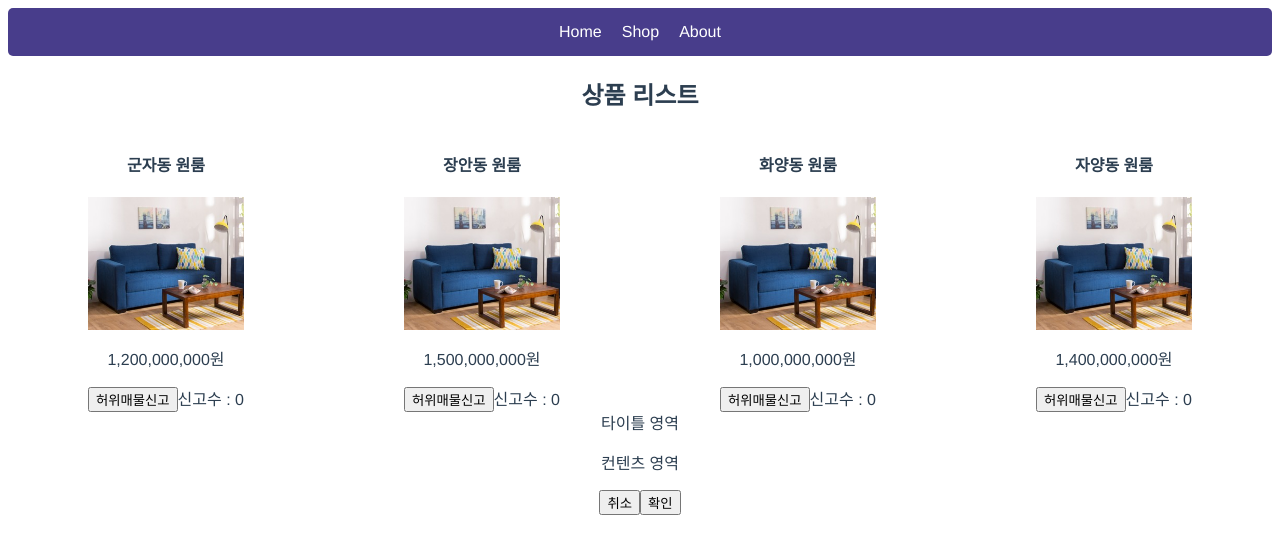
Repository: jy0813/Function
Page: / (app in function/)
The author's editor kept a copy of each file at every save. The page is drawn from the files as they stood at one save, then again after the next save.
The browser window is 1280 px wide. The pictures show the whole page.
The project was rebuilt for these pictures with package versions that can differ from the ones it lists, and the page was loaded fresh each time.

Above is the page before, as saved 2022-02-25 08:57:51.

### function/src/App.vue
<template>
  <div id="container">
    <div class="menu">
      <a v-for="(item, i) in menu" :key="'item' + i">{{item}}</a>
    </div>
    <main id="contents" class="home_page">
      <section class="home_product_sec">
        <div class="room_wrap">
        <h2 class="list_ttl">상품 리스트</h2>
        <div class="room_list">
          <div class="room" v-for="(item, index) in rooms" :key="index">
            <h4>{{item.address}}</h4>
            <a :href="item.link" class="thumb_area">
              <figure class="thumb" :style="`background-image: url('${item.img}')`"></figure>
            </a>
            <p>{{numSet(item.price)}}원</p>
            <button @click="reportBtn(index)">허위매물신고</button>
            <span>신고수 : {{item.report}}</span>
          </div>
        </div>
      </div>
      </section>
    </main>
  </div>
  <div class="modal_wrap">
    <div class="modal">
        <div class="modal_head">
            <p class="ttl">타이틀 영역</p>
        </div>
        <div class="modal_body">
            <p class="txt">컨텐츠 영역</p>
        </div>
        <div class="modal_foot">
            <div class="btn_area">
                <button type="button" class="btn basic h_m">취소</button>
                <button type="button" class="btn strong h_m">확인</button>
            </div>
        </div>
    </div>
</div>
</template>

<script>
  export default {
    name: 'App',
    data() {
      return {
        menu: ['Home', 'Shop', 'About'],
        rooms: [{
            img: require('@/assets/images/room0.jpg'),
            link: '/',
            address: '군자동 원룸',
            price: '1200000000',
            report: 0,
          },
          {
            img: require('@/assets/images/room0.jpg'),
            link: '/',
            address: '장안동 원룸',
            price: '1500000000',
            report: 0,
          },
          {
            img: require('@/assets/images/room0.jpg'),
            link: '/',
            address: '화양동 원룸',
            price: '1000000000',
            report: 0,
          },
          {
            img: require('@/assets/images/room0.jpg'),
            link: '/',
            address: '자양동 원룸',
            price: '1400000000',
            report: 0,
          }
        ],
      }
    },
    methods: {
      numSet(val) {
        if (!val) return (val = '');
        return val.toString().replace(/\B(?=(\d{3})+(?!\d))/g, ',');
      },
      reportBtn(index) {
        this.rooms[index].report += 1;
      },
    }
  }
</script>

<style>
  #app {
    font-family: Avenir, Helvetica, Arial, sans-serif;
    -webkit-font-smoothing: antialiased;
    -moz-osx-font-smoothing: grayscale;
    text-align: center;
    color: #2c3e50;
  }

  #container {
    background: #fff;
    clear: both;
  }

  #contents {
    padding-bottom: 100px;
    min-height: calc(100vh - 502px);
  }

  .menu {
    background: darkslateblue;
    padding: 15px;
    border-radius: 5px;
  }

  .menu a {
    color: white;
    padding: 10px;
  }

  .room_list {
    display: flex;
    justify-content: space-around;
  }

  /* Default */
  .thumb_area {
    display: block;
    position: relative;
    width: 100%;
    height: 100%;
  }

  .thumb_area img {
    max-width: 100%;
    height: auto;
  }

  .thumb {
    position: absolute;
    display: block;
    width: 100%;
    height: 100%;
    background-size: cover;
    margin: 0;
  }
</style>

### function/src/assets/css/base.css
@charset "UTF-8";
/*-------------------------------------------------------------------
	파일정의 : Settings
	작성날짜 : 2019-10-22 장병주
	참고사항 : 이 파일은 설정값만 정의한다.
	분류순서 : 기본정책 > 유틸리티 > 사용자정의(컬러, 폰트, 보더, 간격 등)
	속성순서 : 표시 > 위치 > 넘침/흐름 > 크기/간격 > 박스모양 > 폰트/정렬 > 기타
-------------------------------------------------------------------*/
/*-------------------------------------------------------------------
	Variables
-------------------------------------------------------------------*/
/* 여백,간격 */
/* 컬러 */
/* 명암 */
/* 그라데이션 */
/* 유틸리티 */
/*-------------------------------------------------------------------
	파일정의 : 초기화 스타일
	작성날짜 : 2019-10-22 장병주
	분류순서 : Base > Fonts
	속성순서 : 표시 > 위치 > 넘침/흐름 > 크기/간격 > 박스모양 > 폰트/정렬 > 기타
-------------------------------------------------------------------*/

@import url(_grid.css);
@import url(ui.css);

/*-------------------------------------------------------------------
    ## Reset
-------------------------------------------------------------------*/

html,
body,
div,
ul,
ol,
dl,
li,
dt,
dd,
p,
h1,
h2,
h3,
h4,
h5,
h6,
table,
th,
td,
caption,
address,
article,
aside,
canvas,
details,
figure,
figcaption,
footer,
header,
menu,
nav,
section,
button,
select,
textarea,
input,
fieldset,
legend,
a,
span,
strong,
em,
address,
dfn,
small,
i,
b,
pre,
form {
  margin: 0;
  padding: 0;
  border: 0;
  list-style: none;
  color: inherit;
  font-style: normal;
  font-size: 100%;
  font-weight: inherit;
  font-family: inherit;
  line-height: inherit;
  word-break: inherit;
  word-wrap: inherit;
  box-sizing: inherit;
  -webkit-box-sizing: inherit;
  -moz-box-sizing: inherit;
  -o-box-sizing: inherit;
  -webkit-tap-highlight-color: rgba(0, 0, 0, 0);
  -webkit-tap-highlight-color: transparent;
}

:before,
:after {
  box-sizing: inherit;
  -webkit-box-sizing: inherit;
  -moz-box-sizing: inherit;
  -o-box-sizing: inherit;
}

article,
aside,
canvas,
details,
figure,
figcaption,
footer,
header,
menu,
nav,
section {
  display: block;
}

html {
  font-size: 16px;
  color: #a5a5b2;
/*  letter-spacing: -.05em;*/
    width: 100%;
    overflow-x: hidden;
  -webkit-overflow-scrolling: touch;
}
body {
  width: 100%;
  min-height: 100%;
  font-family: 'Noto Sans KR', 'Montserrat', 'Malgun Gothic', '맑은고딕', 'Arial', sans-serif;
  line-height: 1;
  word-wrap: word-break;
  box-sizing: border-box;
  -webkit-text-size-adjust: none;
  -moz-text-size-adjust: none;
  -ms-text-size-adjust: none;
}

[hidden],
hr {
  display: none;
}

img {
  vertical-align: middle;
  max-width: 100%;
}

button {
  background-color: transparent;
  cursor: pointer;
}

b,
strong {
  font-weight: normal;
}

fieldset,
iframe {
  width: 100%;
}

img,
a,
frame,
iframe,
fieldset {
  border: 0;
}

a {
  text-decoration: none;
}

table {
  width: 100%;
  border-spacing: 0;
  border-collapse: collapse;
}

caption {
  display: block;
  position: absolute;
  left: -9999px;
}

legend {
  position: absolute;
  left: -9999em;
  top: -9999em;
}

button {
  overflow: hidden;
  background-color: transparent;
  cursor: pointer;
}

button::-moz-focus-inner {
  border: 0px;
  padding: 0px;
}

.dv_android [tabindex='0']:focus,
.dv_android a:focus,
.dv_android button:focus,
.dv_android input:focus,
.dv_android textarea:focus,
.dv_android select:focus {
  outline: 0;
  -webkit-tap-highlight-color: rgba(0, 0, 0, 0);
  -webkit-tap-highlight-color: transparent;
}

.dv_ios [tabindex='0'],
.dv_ios a,
.dv_ios button,
.dv_ios input,
.dv_ios textarea,
.dv_ios select {
  -webkit-tap-highlight-color: rgba(0, 0, 0, 0);
  -webkit-tap-highlight-color: transparent;
}

:focus {
  outline: 0;
}

a,
button,
p,
li,
span,
strong,
h1,
h2,
h3,
h4,
h5,
h6,
label,
em {
  -webkit-user-select: none;
  -user-select: none;
  -webkit-tap-highlight-color: rgba(0, 0, 0, 0);
}

/*-------------------------------------------------------------------
    ## General
-------------------------------------------------------------------*/
/* IR */
.is_hide {
  display: none !important;
}
.is_show {
  display: block !important;
}
.hide_wrap {
  position: relative;
}
.hide_area {
  position: absolute;
  top: 0;
  right: 0;
  bottom: 0;
  left: 0;
  z-index: 0;
}

/* Page Scroll */
.is_scrollFix {
  position: fixed;
  left: 0;
  top: 0;
  height: 100%;
  overflow: hidden;
}

/* Align - Text */
.vaT {
  vertical-align: top !important;
}
.vaM {
  vertical-align: middle !important;
}
.vaB {
  vertical-align: bottom !important;
}
.taL {
  text-align: left !important;
}
.taC {
  text-align: center !important;
}
.taR {
  text-align: right !important;
}
.taJ {
  text-align: justify;
  -moz-text-align-last: justify;
  -webkit-text-align-last: justify;
  text-align-last: justify;
}

/* Align - Layer */
.centered_t {
  position: absolute;
  left: 50%;
  top: 0;
  -webkit-transform: translateX(-50%);
  -ms-transform: translateX(-50%);
  transform: translateX(-50%);
}
.centered_r {
  position: absolute;
  right: 0;
  top: 50%;
  -webkit-transform: translateY(-50%);
  -ms-transform: translateY(-50%);
  transform: translateY(-50%);
}
.centered_b {
  position: absolute;
  left: 50%;
  bottom: 0;
  -webkit-transform: translateX(-50%);
  -ms-transform: translateX(-50%);
  transform: translateX(-50%);
}
.centered_l {
  position: absolute;
  left: 0;
  top: 50%;
  -webkit-transform: translateY(-50%);
  -ms-transform: translateY(-50%);
  transform: translateY(-50%);
}
.centered_c,
.btn_ico > .ico {
  position: absolute;
  left: 50%;
  top: 50%;
  -webkit-transform: translate(-50%, -50%);
  -ms-transform: translate(-50%, -50%);
  transform: translate(-50%, -50%);
}

.mob {display: none;}

/*-------------------------------------------------------------------
	## Form Controls
-------------------------------------------------------------------*/
/* Default */
input:-ms-input-placeholder,
textarea:-ms-input-placeholder {
  color: #b1b1b1;
}

/* IE 10 + */
input::-webkit-input-placeholder,
textarea::-webkit-input-placeholder {
  color: #b1b1b1;
}

/* Webkit Browser */
input:-moz-placeholder,
textarea:-moz-placeholder {
  color: #b1b1b1;
}

/* Mozilla Firefox 4 to 18 */
input::-moz-placeholder,
textarea::-moz-placeholder {
  color: #b1b1b1;
}

/* Mozilla Firefox 19+ */
input:focus:-ms-input-placeholder,
textarea:focus:-ms-input-placeholder {
  color: transparent;
}

/* IE 10 + */
input:focus::-webkit-input-placeholder,
textarea:focus::-webkit-input-placeholder {
  color: transparent;
}

/* Webkit Browser */
input:focus:-moz-placeholder,
textarea:focus:-moz-placeholder {
  color: transparent;
}

/* Mozilla Firefox 4 to 18 */
input:focus::-moz-placeholder,
textarea:focus::-moz-placeholder {
  color: transparent;
}

/* Mozilla Firefox 19+ */
input {
  box-sizing: border-box;
  -moz-box-sizing: border-box;
  -webkit-box-sizing: border-box;
  border: 0px;
  vertical-align: middle;
  color: #111;

  appearance: none;
  -webkit-appearance: none;
  -moz-appearance: none;
  -o-appearance: none;
}
input[type='radio'] {
  appearance: radio;
  -webkit-appearance: radio;
  -moz-appearance: radio;
  -o-appearance: radio;
}
input[type='checkbox'] {
  appearance: checkbox;
  -webkit-appearance: checkbox;
  -moz-appearance: checkbox;
  -o-appearance: checkbox;
}
textarea {
  width: 100%;
  vertical-align: middle;
  resize: none;
  color: #111;
  word-break: break-all !important;
  appearance: none;
  -webkit-appearance: none;
  -moz-appearance: none;
  -o-appearance: none;
}
select {
  appearance: none;
  -webkit-appearance: none;
  -moz-appearance: none;
  -o-appearance: none;
}
select::-ms-expand {
  display: none;
}

:root select {
  padding: 0px 30px 0px 5px;
}
.ie9 select {
  padding: 5px 35px 4px 5px;
  background: none;
}
.ie9 :root select {
  padding: 0;
  font-size: 0;
}

/*-------------------------------------------------------------------
	## Button
-------------------------------------------------------------------*/
/* Default */
.btn {
  display: inline-block;
  position: relative;
  vertical-align: middle;
  text-align: center;
  box-sizing: border-box;
}
.btn_ic {
  display: inline-block;
  position: relative;
  text-align: center;
  line-height: 1;
  box-sizing: border-box;
  padding: 0;
  z-index: 2;
}

/*-------------------------------------------------------------------
	## Icon, Arrow, Flag
-------------------------------------------------------------------*/
/* Default */
.ic,
.arw,
.flag {
  display: inline-block;
  vertical-align: middle;
  color: transparent;
  white-space: nowrap;
}

/*-------------------------------------------------------------------
	## Label, Hashtag, Badge
-------------------------------------------------------------------*/
/* Default */
.label {
  display: inline-block;
}

/*-------------------------------------------------------------------
	## Link
-------------------------------------------------------------------*/
/* Default */

/*-------------------------------------------------------------------
	## Thumbnail
-------------------------------------------------------------------*/
/* Default */
.thum {
  display: block;
  position: relative;
}
.thum_img {
  width: 100%;
}

/*-------------------------------------------------------------------
    ## Tabs
-------------------------------------------------------------------*/
/* Default */
.tab_content {
  display: none;
}
.tab_content.is_active {
  display: block;
}

/* Common */
.tab_tbl {
  display: table;
  table-layout: fixed;
  width: 100%;
}
.tab_tbl ul {
  display: table-row;
}
.tab_tbl ul:after {
  content: none !important;
}
.tab_tbl ul li {
  display: table-cell;
  float: none !important;
}

/*-------------------------------------------------------------------
	## Table
-------------------------------------------------------------------*/
/* Default */
.tbl_wrap {
  overflow: hidden;
}
.tbl {
  overflow: hidden;
}

.tbl table {
  width: 100%;
  table-layout: fixed;
  border-collapse: collapse;
  border: 0;
  border-spacing: 0;
}

/*-------------------------------------------------------------------
    ## Pagination
-------------------------------------------------------------------*/
/* Default */
.pagination_wrap {
  position: relative;
  text-align: center;
}
.pagination {
  display: inline-block;
  position: relative;
  z-index: 10;
  vertical-align: top;
}
.pagination:after {
  display: block;
  content: '';
  clear: both;
}
.pagination .btn_num_group,
.pagination .btn_num {
  display: inline-block;
  position: relative;
  z-index: 0;
}

/*-------------------------------------------------------------------
    ## Dimmer
-------------------------------------------------------------------*/
/* Default */
.dim {
  position: fixed;
  left: 0;
  top: 0;
  z-index: 1000;
  width: 0;
  height: 0;
  background-color: #000;
  opacity: 0;
  -webkit-transition: opacity 0.3s 0.3s ease;
  -o-transition: opacity 0.3s 0.3s ease;
  transition: opacity 0.3s 0.3s ease;
}
.dim.is_show {
  width: 100%;
  height: 100%;
  opacity: 0.7;
}

/*-------------------------------------------------------------------
    ## Space
-------------------------------------------------------------------*/
.topP10 {
  padding-top: 10px !important;
}
.topP20 {
  padding-top: 20px !important;
}
.topP30 {
  padding-top: 30px !important;
}
.topP50 {
  padding-top: 50px !important;
}
.leftP30 {
  padding-left: 30px !important;
}
.bottomP80 {
  padding-bottom: 80px !important;
}
.noP {
  padding: 0 !important;
}
.noTopP {
  padding-top: 0 !important;
}
.noRihgtP {
  padding-right: 0 !important;
}
.noBottomP {
  padding-bottom: 0 !important;
}
.noLeftP {
  padding-left: 0 !important;
}
.noSideP {
  padding-left: 0 !important;
  padding-right: 0 !important;
}

.topM10 {
  margin-top: 10px !important;
}
.topM20 {
  margin-top: 20px !important;
}
.topM30 {
  margin-top: 30px !important;
}
.topM50 {
  margin-top: 50px !important;
}

.noM {
  margin: 0 !important;
}
.noTopM {
  margin-top: 0 !important;
}
.noRihgtM {
  margin-right: 0 !important;
}
.noBottomM {
  margin-bottom: 0 !important;
}
.noLeftM {
  margin-left: 0 !important;
}

.bg_space {
  border-top: 1px solid #ebebeb;
  background: #f3f3f3;
  height: 10px;
  box-sizing: border-box;
}

.clear {clear: both;}
.clearFix::after {
  display: block;
  content: '';
  clear: both;
}

.flL {
  float: left !important;
}
.flR {
  float: right !important;
}
.flN {
  float: none !important;
}

@media screen and (max-width: 767px) {
    .mob {display: block;}
}

### function/src/assets/css/_grid.css
@charset "utf-8";
/*-------------------------------------------------------------------
	파일정의 : Grid Setting
	작성날짜 : 2019-10-22 장병주
	참고사항 : 컬럼 그리드에 대해 정의한다.
	분류순서 : 기본정책 > 유틸리티 > 사용자정의(컬러, 폰트, 보더, 간격 등)
	속성순서 : 표시 > 위치 > 넘침/흐름 > 크기/간격 > 박스모양 > 폰트/정렬 > 기타
-------------------------------------------------------------------*/

/* Grid */
.grid:after {
  display: block;
  content: '';
  clear: both;
}
.grid > .col {
  float: left;
  width: 100%;
  min-height: 1px;
  box-sizing: border-box;
}
.grid > .col.right {
  float: right;
}

/* 구터 넒이 */
.grid.grid_5 {
  margin-left: -5px;
  margin-right: -5px;
}
.grid.grid_5 > .col {
  padding: 0 5px;
}

.grid.grid_7 {
  margin-left: -7px;
  margin-right: -7px;
}
.grid.grid_7 > .col {
  padding: 0 7px;
}

.grid.grid_10 {
  margin-left: -10px;
  margin-right: -10px;
}
.grid.grid_10 > .col {
  padding: 0 10px;
}

.grid.grid_15 {
  margin-left: -15px;
  margin-right: -15px;
}
.grid.grid_15 > .col {
  padding: 0 15px;
}

.grid.grid_20 {
  margin-left: -20px;
  margin-right: -20px;
}
.grid.grid_20 > .col {
  padding: 0 20px;
}
.grid.grid_25 {
  margin-left: -25px;
  margin-right: -25px;
}
.grid.grid_25 > .col {
  padding: 0 25px;
}
.grid.grid_30 {
  margin-left: -30px;
  margin-right: -30px;
}
.grid.grid_30 > .col {
  padding: 0 30px;
}
.grid.grid_40 {
  margin-left: -40px;
  margin-right: -40px;
}
.grid.grid_40 > .col {
  padding: 0 40px;
}

/* 너비 - 자신 칸수 */
.grid > .col.col_1 {
  width: 8.33333333%;
}
.grid > .col.col_2 {
  width: 16.6666%;
}
.grid > .col.col_3 {
  width: 25%;
}
.grid > .col.col_4 {
  width: 33.3333%;
}
.grid > .col.col_5 {
  width: 41.66666667%;
}
.grid > .col.col_6 {
  width: 50%;
}
.grid > .col.col_7 {
  width: 58.33333333%;
}
.grid > .col.col_8 {
  width: 66.66666667%;
}
.grid > .col.col_9 {
  width: 75%;
}
.grid > .col.col_10 {
  width: 83.33333334%;
}
.grid > .col.col_11 {
  width: 91.66666667%;
}
.grid > .col.col_12 {
  width: 100%;
}
.grid > .col.col_x5 {
  width: 20%
}

/* 작은 데스크탑 모니터 & 태블릿 가로 모드 */
@media screen and (max-width: 1366px) {

    /* 구터 넒이 */
    .grid.grid_l_5 {margin-right: -5px;}
    .grid.grid_l_5 > .col {padding: 0 5px;}
    .grid.grid_l_7 {margin-left: -7px;margin-right: -7px;}
    .grid.grid_l_7 > .col {padding: 0 7px;}
    .grid.grid_l_10 {margin-left: -10px; margin-right: -10px;}
    .grid.grid_l_10 > .col {padding: 0 10px;}
    .grid.grid_l_15 {margin-left: -15px; margin-right: -15px;}
    .grid.grid_l_15 > .col {padding: 0 15px;}
    .grid.grid_l_20 {margin-left: -20px; margin-right: -20px;}
    .grid.grid_l_20 > .col {padding: 0 20px;}

    .grid > .col.col_l_1 {width: 8.33333333%;}
    .grid > .col.col_l_2 {width: 16.6666%;}
    .grid > .col.col_l_3 {width: 25%;}
    .grid > .col.col_l_4 {width: 33.3333%;}
    .grid > .col.col_l_5 {width: 41.66666667%;}
    .grid > .col.col_l_6 {width: 50%;}
    .grid > .col.col_l_7 {width: 58.33333333%;}
    .grid > .col.col_l_8 {width: 66.66666667%;}
    .grid > .col.col_l_9 {width: 75%;}
    .grid > .col.col_l_10 {width: 83.33333334%;}
    .grid > .col.col_l_11 {width: 91.66666667%;}
    .grid > .col.col_l_12 {width: 100%;}
    .grid > .col.col_l_x5 {width: 20%}
}
/* 태블릿 세로 모드 */
@media screen and (max-width: 1024px) {
    /* 구터 넒이 */
    .grid.grid_m_5 {margin-right: -5px;}
    .grid.grid_m_5 > .col {padding: 0 5px;}
    .grid.grid_m_7 {margin-left: -7px;margin-right: -7px;}
    .grid.grid_m_7 > .col {padding: 0 7px;}
    .grid.grid_m_10 {margin-left: -10px; margin-right: -10px;}
    .grid.grid_m_10 > .col {padding: 0 10px;}
    .grid.grid_m_15 {margin-left: -15px; margin-right: -15px;}
    .grid.grid_m_15 > .col {padding: 0 15px;}
    .grid.grid_m_20 {margin-left: -20px; margin-right: -20px;}
    .grid.grid_m_20 > .col {padding: 0 20px;}

    .grid > .col.col_m_1 {width: 8.33333333%;}
    .grid > .col.col_m_2 {width: 16.6666%;}
    .grid > .col.col_m_3 {width: 25%;}
    .grid > .col.col_m_4 {width: 33.3333%;}
    .grid > .col.col_m_5 {width: 41.66666667%;}
    .grid > .col.col_m_6 {width: 50%;}
    .grid > .col.col_m_7 {width: 58.33333333%;}
    .grid > .col.col_m_8 {width: 66.66666667%;}
    .grid > .col.col_m_9 {width: 75%;}
    .grid > .col.col_m_10 {width: 83.33333334%;}
    .grid > .col.col_m_11 {width: 91.66666667%;}
    .grid > .col.col_m_12 {width: 100%;}
    .grid > .col.col_m_x5 {width: 20%}
}

/* 태블릿 이하 */
@media screen and (max-width: 767px) {
    /* 구터 넒이 */
    .grid.grid_s_5 {margin-right: -5px;}
    .grid.grid_s_5 > .col {padding: 0 5px;}
    .grid.grid_s_7 {margin-left: -7px;margin-right: -7px;}
    .grid.grid_s_7 > .col {padding: 0 7px;}
    .grid.grid_s_10 {margin-left: -10px; margin-right: -10px;}
    .grid.grid_s_10 > .col {padding: 0 10px;}

    .grid > .col.col_s_1 {width: 8.33333333%;}
    .grid > .col.col_s_2 {width: 16.6666%;}
    .grid > .col.col_s_3 {width: 25%;}
    .grid > .col.col_s_4 {width: 33.3333%;}
    .grid > .col.col_s_5 {width: 41.66666667%;}
    .grid > .col.col_s_6 {width: 50%;}
    .grid > .col.col_s_7 {width: 58.33333333%;}
    .grid > .col.col_s_8 {width: 66.66666667%;}
    .grid > .col.col_s_9 { width: 75%;}
    .grid > .col.col_s_10 {width: 83.33333334%;}
    .grid > .col.col_s_11 {width: 91.66666667%;}
    .grid > .col.col_s_12 {width: 100%;}
    .grid > .col.col_s_x5 {width: 20%}
}
/* 모바일  */
@media screen and (max-width: 500px) {
    /* 구터 넒이 */
    .grid.grid_xs_5 {margin-right: -5px;}
    .grid.grid_xs_5 > .col {padding: 0 5px;}
    .grid.grid_xs_7 {margin-left: -7px;margin-right: -7px;}
    .grid.grid_xs_7 > .col {padding: 0 7px;}
    .grid.grid_xs_10 {margin-left: -10px; margin-right: -10px;}
    .grid.grid_xs_10 > .col {padding: 0 10px;}

    .grid > .col.col_xs_1 {width: 8.33333333%;}
    .grid > .col.col_xs_2 {width: 16.6666%;}
    .grid > .col.col_xs_3 {width: 25%;}
    .grid > .col.col_xs_4 {width: 33.3333%;}
    .grid > .col.col_xs_5 {width: 41.66666667%;}
    .grid > .col.col_xs_6 {width: 50%;}
    .grid > .col.col_xs_7 {width: 58.33333333%;}
    .grid > .col.col_xs_8 {width: 66.66666667%;}
    .grid > .col.col_xs_9 {width: 75%;}
    .grid > .col.col_xs_10 {width: 83.33333334%;}
    .grid > .col.col_xs_11 {width: 91.66666667%;}
    .grid > .col.col_xs_12 {width: 100%;}
    .grid > .col.col_xs_x5 {width: 20%}
}

### function/src/assets/css/ui.css
@charset "utf-8";

  .modal_wrap {
    display: none;
    position: fixed;
    left: 0;
    right: 0;
    top: 0;
    bottom: 0;
    width: 100%;
    height: 100%;
    background: rgba(0, 0, 0, .7);
    text-align: center;
}
.modal_wrap.is_show {
    display: block;
}
.modal {
    position: relative;
    display: inline-block;
    vertical-align: middle;
    max-width: 560px;
    background: #fff;
    margin: 40px auto;
    padding: 35px 48px;
    box-sizing: border-box;
}
.modal_wrap:after {
    display: inline-block;
    height: 100%;
    vertical-align: middle;
    content: '';
}
.modal .close {
    position: absolute;
    width: 20px;
    height: 20px;
    right: 15px;
    top: 15px;
    font-size: 0;
}
.modal .close:before, .modal .close:after{
    position: absolute;
    left: 0;
    right: 0;
    top: 50%;
    height: 1px;
    background: #000;
    content: '';
}
.modal .close:before{
    -webkit-transform: rotate(45deg);
    -moz-transform: rotate(45deg);
    -ms-transform: rotate(45deg);
    -o-transform: rotate(45deg);
    transform: rotate(45deg);
}
.modal .close:after{
    -webkit-transform: rotate(-45deg);
    -moz-transform: rotate(-45deg);
    -ms-transform: rotate(-45deg);
    -o-transform: rotate(-45deg);
    transform: rotate(-45deg);
}

Loaded but not shown: function/public/index.html (common file); function/src/main.js (common file)

After the next save:
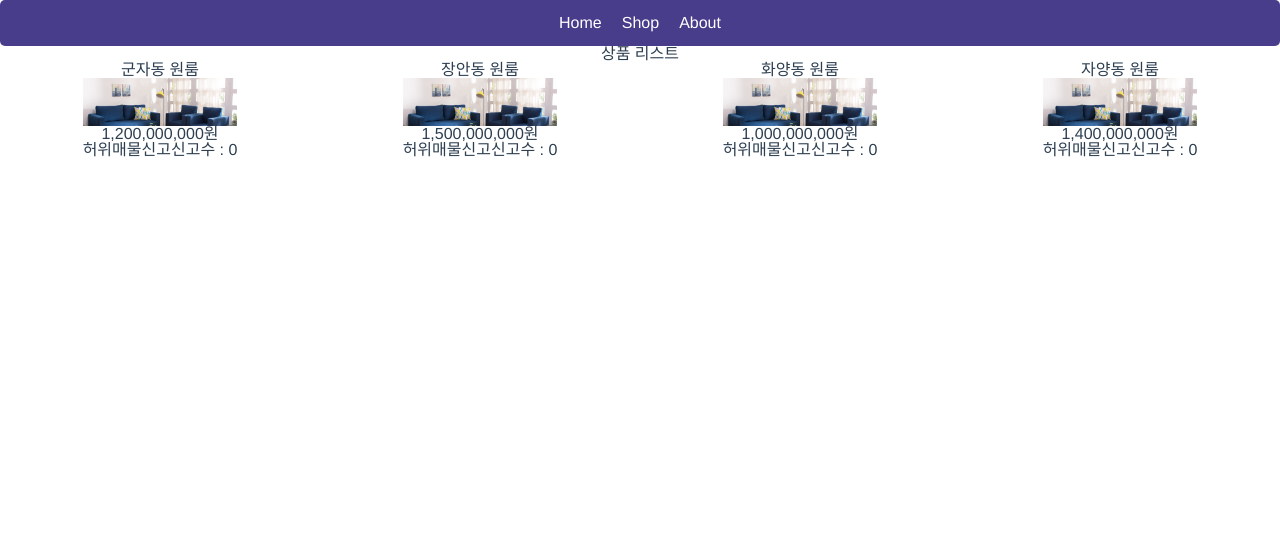
Saved 3 min 42 s later.
--- a/function/src/App.vue
+++ b/function/src/App.vue
@@ -41,6 +41,7 @@
 </template>
 
 <script>
+
   export default {
     name: 'App',
     data() {
@@ -90,6 +91,10 @@
 </script>
 
 <style>
+
+@import '~assets/css/base.css';
+
+
   #app {
     font-family: Avenir, Helvetica, Arial, sans-serif;
     -webkit-font-smoothing: antialiased;
